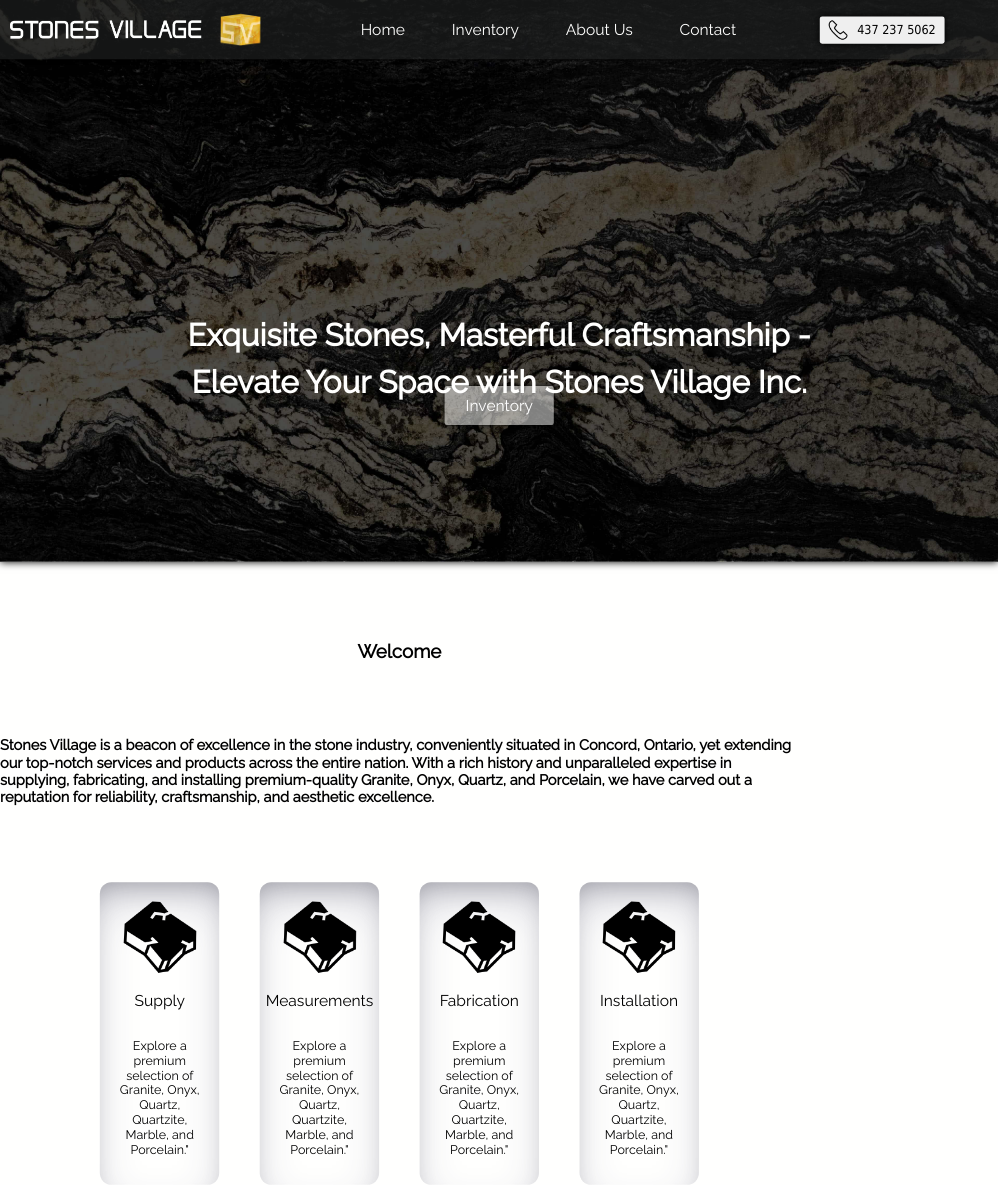
Repository: shayanabedi98/Stones-Village
Page: index.html
The author's editor kept a copy of each file at every save. The page is drawn from the files as they stood at one save, then again after the next save.
The browser window is 1280 px wide. The pictures show the whole page, at 78% of full size.
Backgrounds fixed to the window are drawn as part of the page.

Above is the page before, as saved 2023-10-22 16:52:53.

After the next save:
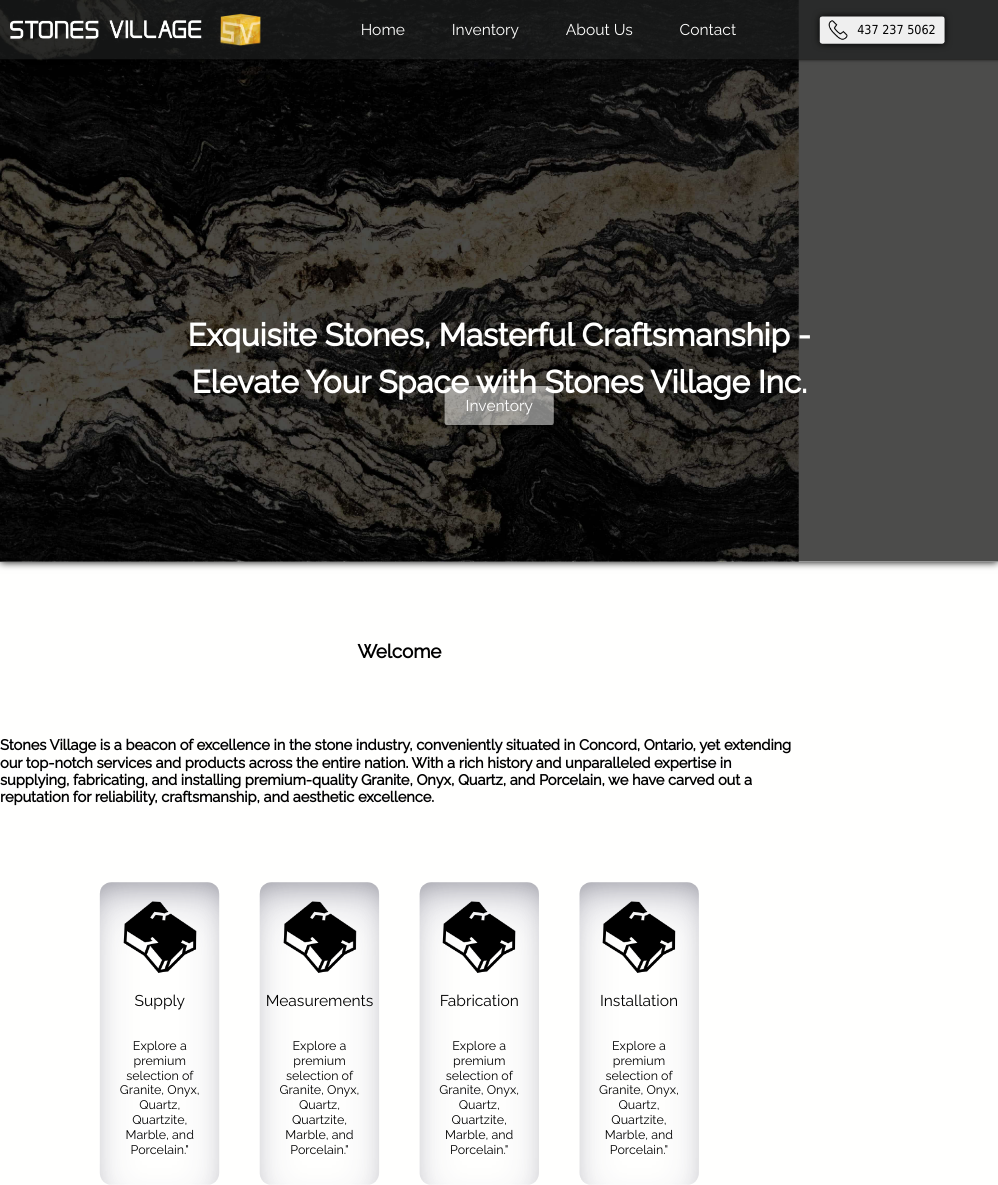
Saved 16 s later.
--- a/styles.css
+++ b/styles.css
@@ -6,9 +6,10 @@ body {
     padding: 0;
 }
 
-/* .grid-container {
-    display: grid;
-} */
+.grid-container {
+    display: grid;
+    width: 80%;
+}
 
 .navbar {
     display: grid;
@@ -160,7 +161,7 @@ body {
     grid-template-rows: 1fr 1fr;
     justify-items: center;
     margin-top: 80px;
-    width: 80%;
+
 }
 
 .services-container h2, h3 {
